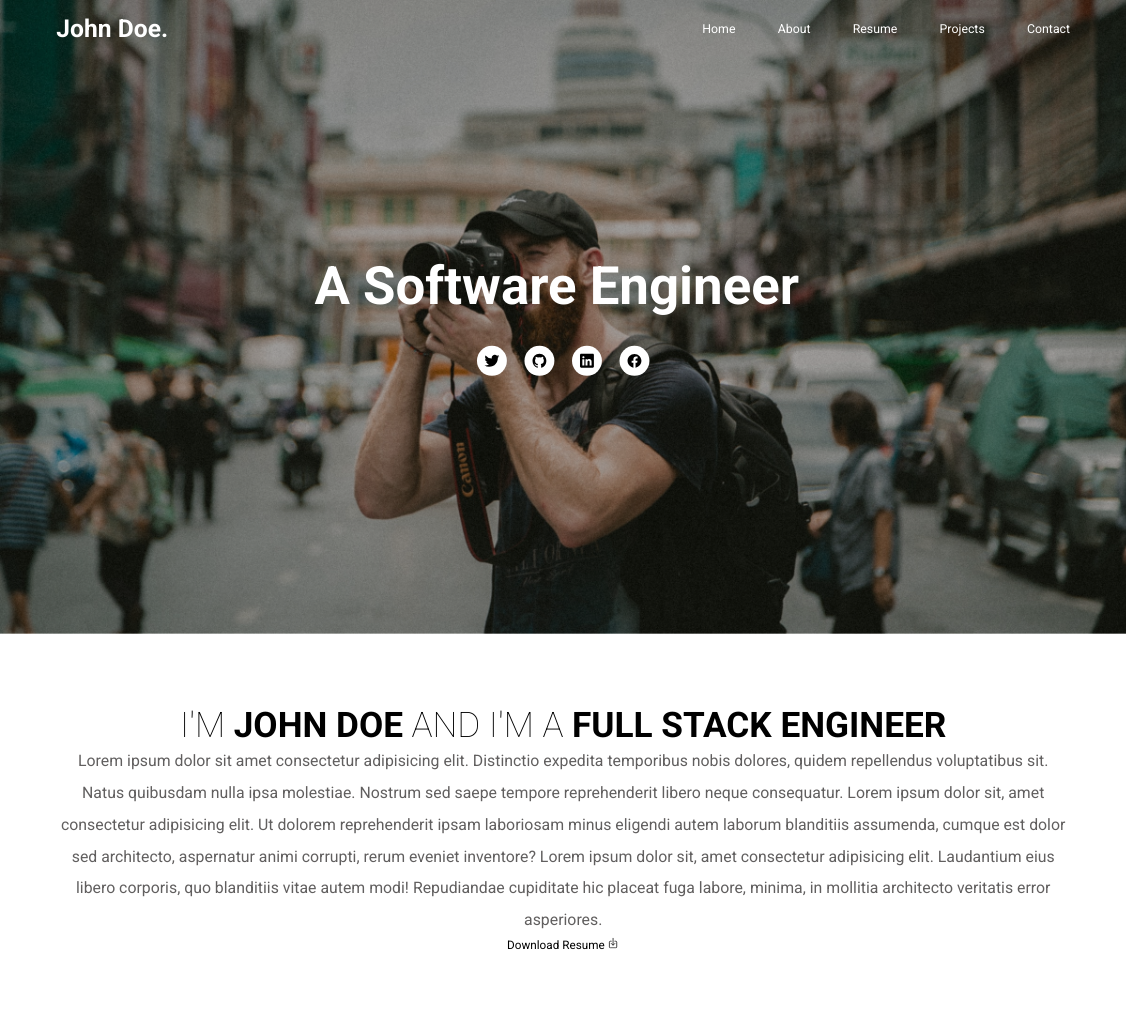
Repository: DevAntonioRogers/portfolio-tutorial
Page: index.html
An editor plug-in stored every save of this project. The page is shown before and after the next save, followed by the edit.
The browser window is 1280 px wide. The pictures show the whole page, at 88% of full size.
Backgrounds fixed to the window are drawn as part of the page.

Above is the page before, as saved 2023-10-31 23:27:52.

### index.html
<!DOCTYPE html>
<html lang="en">
  <head>
    <meta charset="UTF-8" />
    <meta
      name="viewport"
      content="width=device-width, initial-scale=1.0"
    />
    <script src="https://unpkg.com/typed.js@2.0.16/dist/typed.umd.js"></script>
    <script
      type="module"
      src="https://unpkg.com/ionicons@7.1.0/dist/ionicons/ionicons.esm.js"
    ></script>
    <script
      nomodule
      src="https://unpkg.com/ionicons@7.1.0/dist/ionicons/ionicons.js"
    ></script>
    <link rel="stylesheet" href="./styles/main.css" />
    <title>John Doe Portfolio</title>
  </head>
  <body>
    <!-------- NAVBAR --------->
    <header>
      <nav role="navigation" aria-label="Navigation">
        <div class="container navbar">
          <h1>John Doe.</h1>

          <ul class="nav-menu">
            <li><a href="#home">Home</a></li>
            <li><a href="#about">About</a></li>
            <li><a href="#resume">Resume</a></li>
            <li><a href="#projects">Projects</a></li>
            <li><a href="#contact">Contact</a></li>
          </ul>

          <button
            aria-label="Toggle Mobile Menu"
            class="hamburger"
          >
            <span class="bar"></span>
            <span class="bar"></span>
            <span class="bar"></span>
          </button>
        </div>
      </nav>
    </header>

    <main>
      <!--HERO SECTION -->
      <section id="home" class="hero">
        <div class="hero-overlay"></div>
        <div class="container hero-content">
          <div class="hero-text">
            <h2 id="typed-text"></h2>
          </div>

          <div
            class="hero-socials"
            aria-label="Social Media Links"
          >
            <a href="#" aria-label="Twitter Link"
              ><ion-icon name="logo-twitter"></ion-icon
            ></a>
            <a href="#" aria-label="Github Link"
              ><ion-icon name="logo-github"></ion-icon
            ></a>
            <a href="#" aria-label="LinkedIn Link"
              ><ion-icon name="logo-linkedin"></ion-icon
            ></a>
            <a href="#" aria-label="Facebook Link"
              ><ion-icon name="logo-facebook"></ion-icon
            ></a>
          </div>
        </div>
      </section>

      <!--ABOUT SECTION-->
      <section class="about" id="about">
        <div class="container">
          <h1>
            I'm <strong>John Doe</strong> and I'm a
            <strong>full stack engineer</strong>
          </h1>

          <div class="about-info">
            <p>
              Lorem ipsum dolor sit amet consectetur
              adipisicing elit. Distinctio expedita
              temporibus nobis dolores, quidem repellendus
              voluptatibus sit. Natus quibusdam nulla ipsa
              molestiae. Nostrum sed saepe tempore
              reprehenderit libero neque consequatur. Lorem
              ipsum dolor sit, amet consectetur adipisicing
              elit. Ut dolorem reprehenderit ipsam
              laboriosam minus eligendi autem laborum
              blanditiis assumenda, cumque est dolor sed
              architecto, aspernatur animi corrupti, rerum
              eveniet inventore? Lorem ipsum dolor sit, amet
              consectetur adipisicing elit. Laudantium eius
              libero corporis, quo blanditiis vitae autem
              modi! Repudiandae cupiditate hic placeat fuga
              labore, minima, in mollitia architecto
              veritatis error asperiores.
            </p>
          </div>

          <button
            class="about-button"
            aria-label="Download Resume Button"
          >
            Download Resume
            <ion-icon
              name="download-outline"
              aria-hidden="true"
            ></ion-icon>
          </button>
        </div>
      </section>
    </main>

    <script src="./app.js"></script>
  </body>
</html>

### styles/main.css
@import url("https://fonts.googleapis.com/css2?family=Roboto:wght@100;400;500;700&display=swap");
@import url(./navbar.css);
@import url(./hero.css);
@import url(./about.css);

* {
  box-sizing: border-box;
  padding: 0;
  margin: 0;
  font-family: "Roboto", sans-serif;
}

html {
  scroll-behavior: smooth;
}

li {
  list-style: none;
}

a {
  text-decoration: none;
  color: inherit;
}

button {
  outline: none;
  border: none;
  background: inherit;
}

.container {
  width: 90%;
  margin: 0 auto;
  max-width: 1400px;
  height: 100%;
}

article {
  padding: 20px 0;
  display: flex;
  flex-direction: column;
  gap: 10px;
  border: solid 1px #dad9d9;
}

### app.js
//NAVBAR

const hamburger = document.querySelector('.hamburger')
const navMenu = document.querySelector('.nav-menu')
const body = document.querySelector('body')
const navLinks = navMenu.querySelectorAll('li');

hamburger.addEventListener('click', () => {
  hamburger.classList.toggle('active')
  navMenu.classList.toggle('active')
  body.classList.toggle("no-scroll")
})

function closeMenu() {
  hamburger.classList.remove('active')
  navMenu.classList.remove('active')
  body.classList.remove("no-scroll")
}

navLinks.forEach((link) => {
  link.addEventListener('click', closeMenu)
})

//TYPING DELETING TEXT
function initTypedText() {
  const options = {
    strings: [
      "Hello, I'm John Doe",
      "A Software Engineer",
      "From New York",
    ],
    typeSpeed: 50,
    backSpeed: 30,
    backDelay: 1000,
    startDelay: 500,
    loop: true,
  }
  const typed = new Typed("#typed-text", options)
}

initTypedText()

### styles/navbar.css
nav {
  background-color: transparent;
  position: fixed;
  width: 100%;
  z-index: 999;
  top: 0;
  left: 0;
  padding: 1rem 0;
}

.navbar {
  display: flex;
  justify-content: space-between;
  align-items: center;
}

.navbar h1 {
  color: white;
  font-size: 28px;
}

.nav-menu {
  display: flex;
  gap: 3rem;
  align-items: center;
}

.nav-menu li {
  font-size: 14px;
  color: white;
}

.bar {
  background-color: white;
  display: block;
  width: 23px;
  height: 2px;
  margin: 5px auto;
  transition: all 0.3s ease-in-out;
}

.hamburger {
  display: none;
  z-index: 999;
}

@media only screen and (max-width: 768px) {
  .hamburger {
    display: block;
  }

  .nav-menu {
    position: fixed;
    top: 0;
    right: 0;
    width: 100%;
    height: 100%;
    flex-direction: column;
    align-items: center;
    background-color: black;
    padding: 20px 0;
    z-index: 10;
    transition: 0.3s ease-in-out;
    gap: 5rem;
    padding-top: 6rem;
    left: -100%;
  }

  .nav-menu.active {
    left: 0;
  }

  .hamburger.active .bar:nth-child(2) {
    opacity: 0;
  }

  .hamburger.active .bar:nth-child(1) {
    transform: translateY(8px) rotate(45deg);
  }

  .hamburger.active .bar:nth-child(3) {
    transform: translatey(-6px) rotate(-45deg);
  }
}

### styles/hero.css
.hero {
  position: relative;
  height: 100vh;
  background: url(/assets/hero.jpg);
  background-size: cover;
  z-index: 1;
  background-attachment: fixed;
}

.hero-overlay {
  position: absolute;
  width: 100%;
  height: 100%;
  background-color: #0000005e;
  top: 0;
  left: 0;
  z-index: 1;
}

.hero-content {
  display: flex;
  gap: 2rem;
  flex-direction: column;
  align-items: center;
  justify-content: center;
  position: relative;
  z-index: 2;
  color: white;
}

.hero-socials {
  display: flex;
  align-items: center;
  gap: 20px;
}

.hero-socials ion-icon {
  background-color: white;
  color: black;
  padding: 8px;
  border-radius: 100%;
  font-size: 18px;
}

.hero-text {
  display: flex;
}

.hero-content h2 {
  font-size: 60px;
}

.typed-cursor {
  font-size: 60px;
  opacity: 1;
}

@media only screen and (max-width: 650px) {
  .hero-content h2 {
    font-size: 30px;
  }

  .typed-cursor {
    font-size: 30px;
    opacity: 1;
  }
}

### styles/about.css
.about {
  padding: 5rem 0;
  text-align: center;
}

.about h1 {
  font-weight: 100;
  font-size: 40px;
  text-transform: uppercase;
}

.about p {
  font-size: 18px;
  color: rgb(97, 95, 95);
  line-height: 2;
}

After the next save:
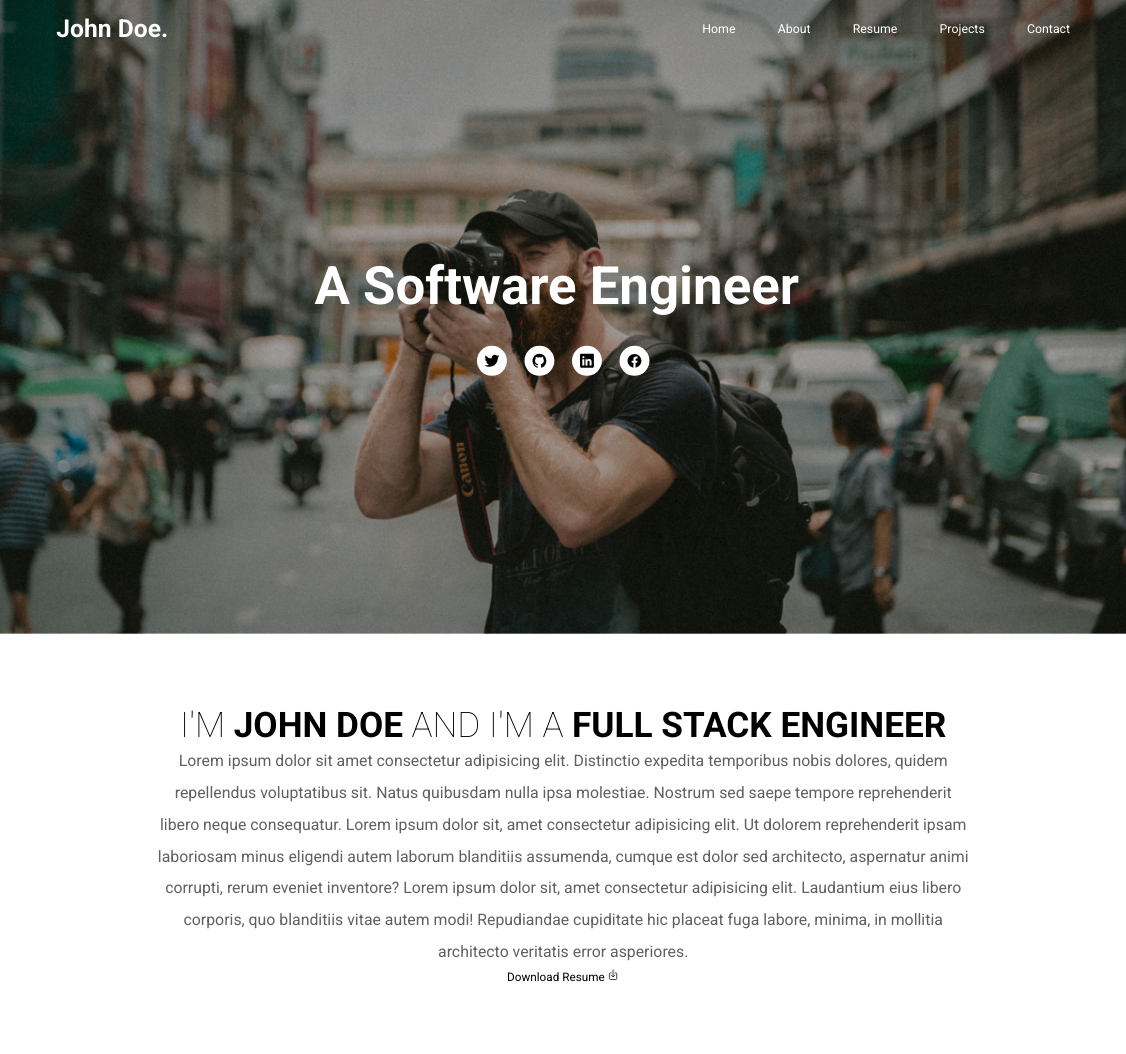
Saved 10 s later.
--- a/styles/about.css
+++ b/styles/about.css
@@ -13,4 +13,6 @@
   font-size: 18px;
   color: rgb(97, 95, 95);
   line-height: 2;
+  max-width: 80%;
+  margin: 0 auto;
 }
